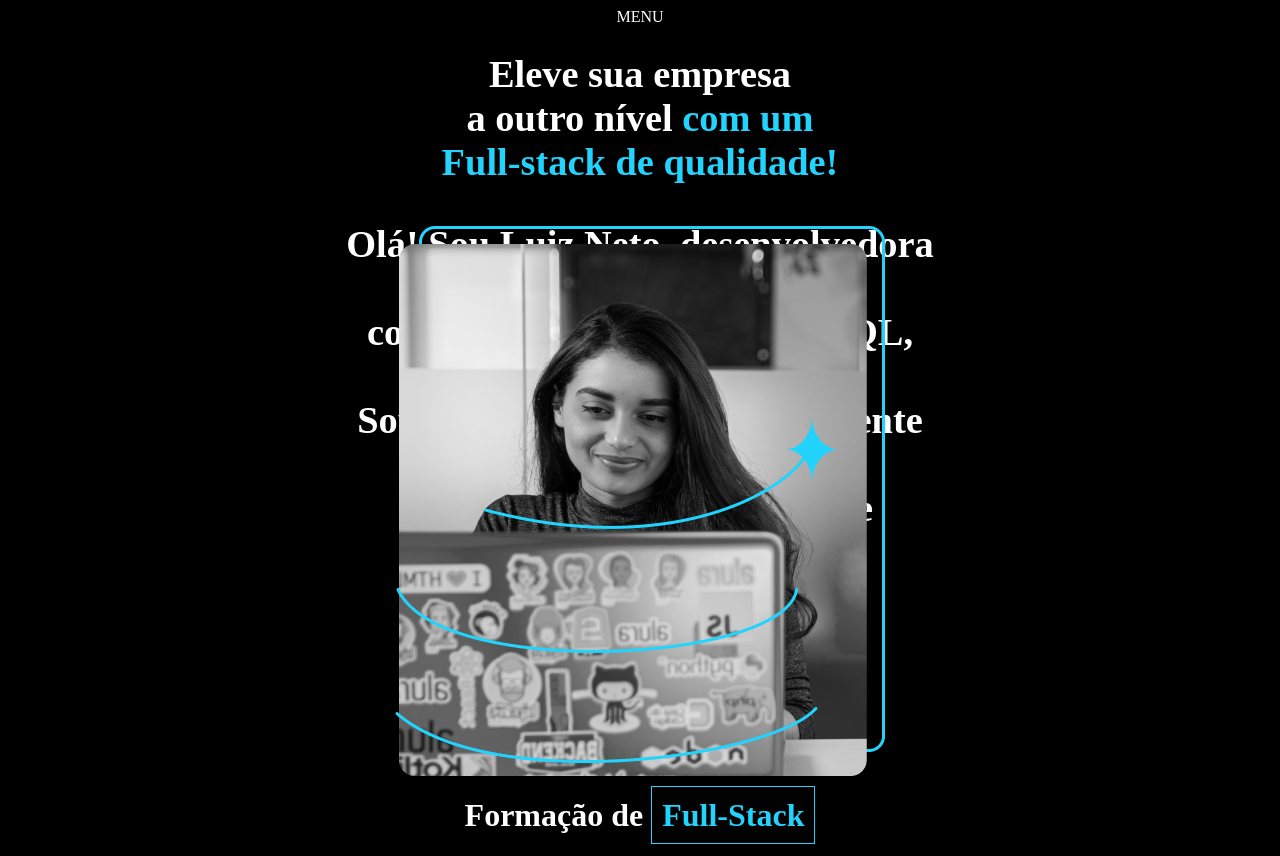
Repository: luiz123098/Sobre-mim-em-HTM-CSS
Page: htmlcss.html
An editor plug-in stored every save of this project. The page is shown before and after the next save, followed by the edit.
The browser window is 1280 px wide. The pictures show the whole page.

Above is the page before, as saved 2023-03-08 14:18:43.

### htmlcss.html
</html>
<!DOCTYPE html>
<html lang="pt-br">
<head>
    <meta charset="UTF-8">
    <meta http-equiv="X-UA-Compatible" content="IE=edge">
    <meta name="viewport" content="width=device-width, initial-scale=1.0">
    <title>Projeto Estudos</title>
    <link rel="stylesheet" href="style.Css">
</head>
<body>
    <header>MENU</header>
    <main>
        <div class="flex-container">
            <div
                class="parte_esquerda">
                <h1>
                    Eleve sua empresa<br>
                    a outro nível
                    <strong
                        class="texto_em_destaque">
                        com um<br>Full-stack de qualidade!
                    </strong>
                    <p class="biografia">
                        Olá! Sou Luiz Neto, desenvolvedora Full-stack<br>
                        com especialidade em Java, SQL, HTML e CSS.<br>
                        Sou um desenvolvedor competente que<br>
                        gosta do que faz e tem foco e disciplina!
                    </p>
                </h1>
                <a href="https://www.instagram.com/luiz.alencar2/">
                    Instagram</a>
                <a href="https://github.com/luiz123098">
                    GitHub</a>
                <a href="https://www.linkedin.com/in/luiz-neto-alencar-b843651a9/">
                    Linkedin</a>
            </div>
        </div>
        <img src="Imagem.png" alt="Não foi possivel encontrar a imagem">

        <h1 class="texto_editado">Formação de <span class="formacao">Full-Stack</span></h1>

    </main>
    <footer>

    </footer>
</body>

### style.Css
body{
    background-color: black;
    color: white;
    text-align: center;
}

.biografia{
    text-align: center;
}

.texto_em_destaque{
    color: #22D4FD;
}

.texto_editado{
    font-weight: bold;
}

.formacao{
    color: #22D4FD;
    border: 1px solid #22D4FD;
    padding: 10px;
}

div.parte_esquerda{
    text-align: center;
    height: 482px;
    width: 615px;
    left: 357px;
    top: 278px;
    border-radius: [object Object]px;
}

.flex-container {
    display: flex;
    /*isso centraliza o texto horizontalmente*/
    justify-content: center;
    /*isso centraliza o texto verticalmente*/
    align-items: flex-end baseline;

    height: 200px;
    color: #fff;
    font-size: 1.2rem;
}

After the next save:
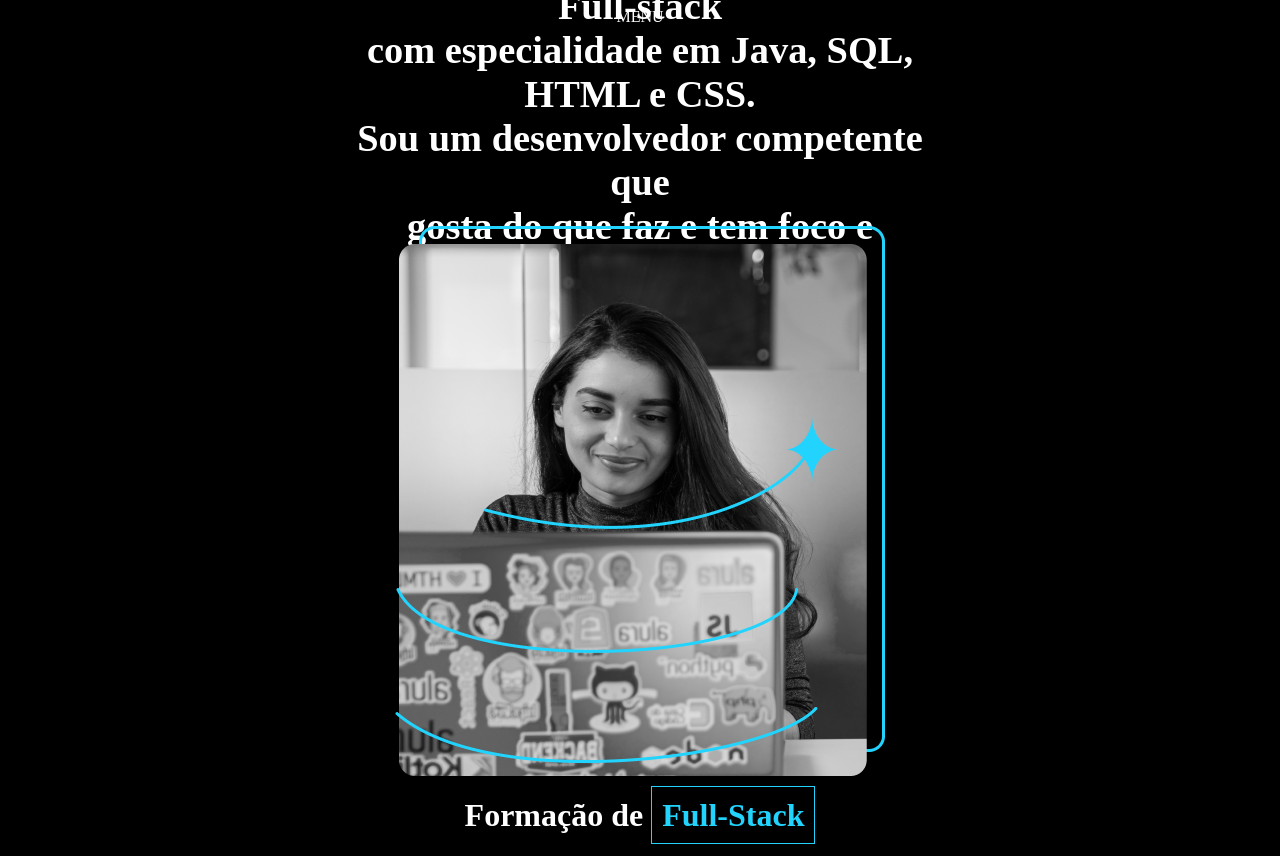
Saved 11 s later.
--- a/style.Css
+++ b/style.Css
@@ -36,7 +36,7 @@
     /*isso centraliza o texto horizontalmente*/
     justify-content: center;
     /*isso centraliza o texto verticalmente*/
-    align-items: flex-end baseline;
+    align-items: flex-end;
 
     height: 200px;
     color: #fff;

After the save that followed:
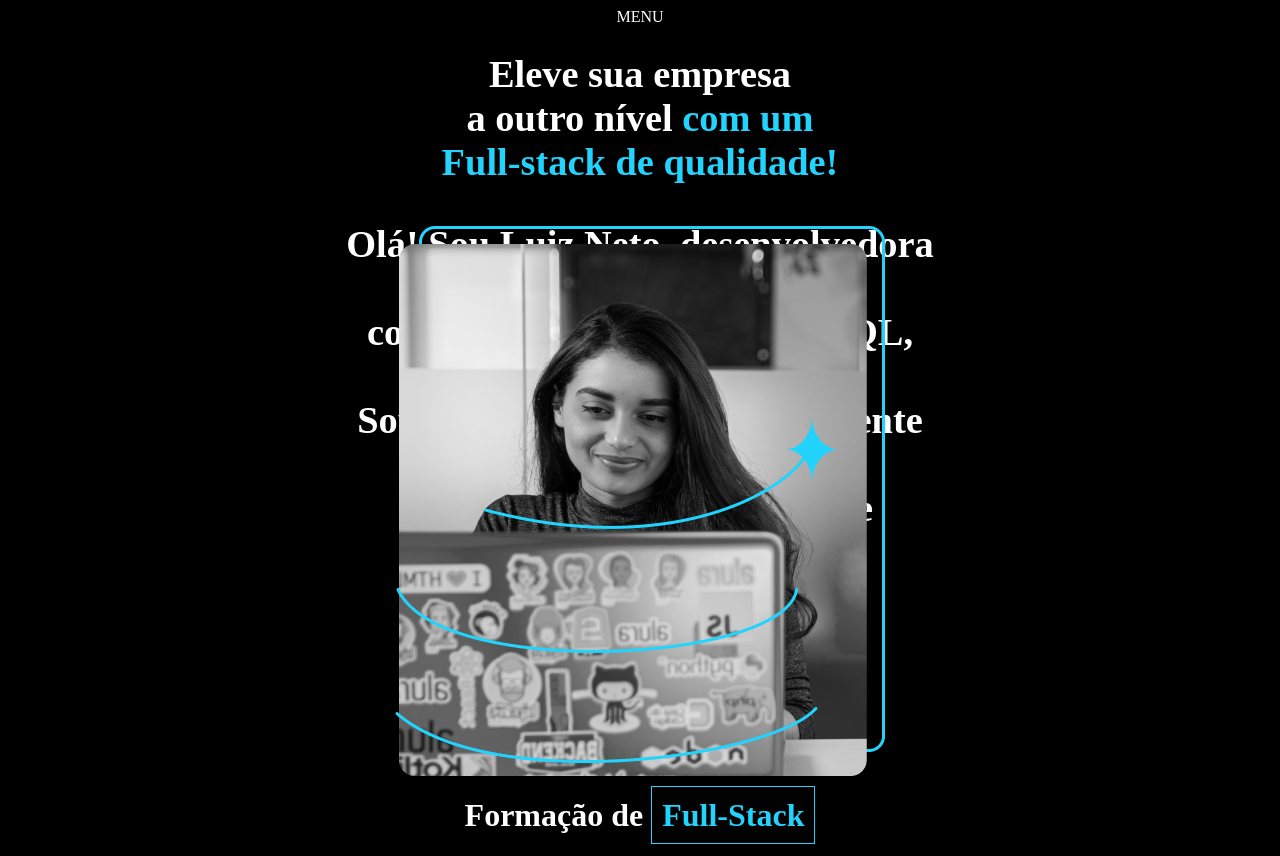
Saved 12 s later.
--- a/style.Css
+++ b/style.Css
@@ -36,7 +36,7 @@
     /*isso centraliza o texto horizontalmente*/
     justify-content: center;
     /*isso centraliza o texto verticalmente*/
-    align-items: flex-end;
+    align-items: flex-start;
 
     height: 200px;
     color: #fff;
